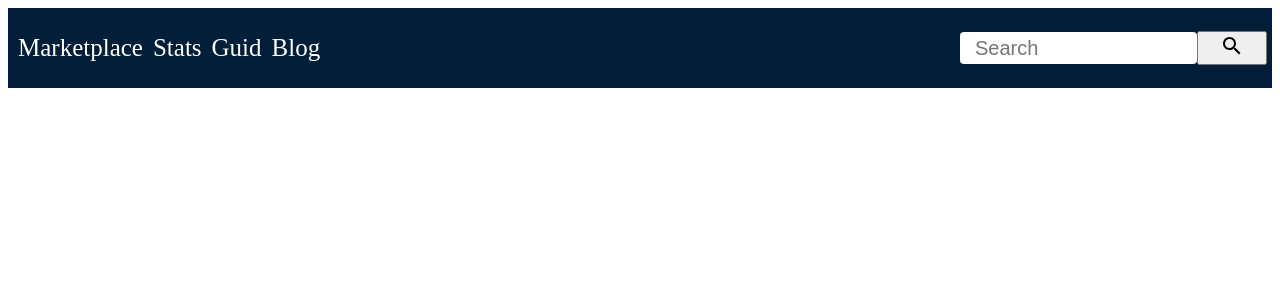
Repository: cvsschaitanya/test
Page: /
The author's editor kept a copy of each file at every save. The page is drawn from the files as they stood at one save, then again after a run of saves.
The browser window is 1280 px wide. The pictures show the whole page.
The project was rebuilt for these pictures with package versions that can differ from the ones it lists, and the page was loaded fresh each time.

Above is the page before, as saved 2021-10-20 23:10:23.

After the next 2 saves:
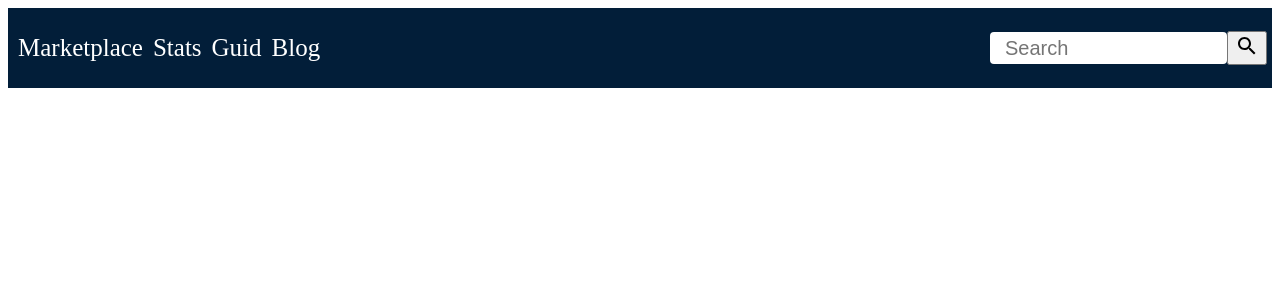
The 2 saves are shown as one change because they came seconds apart.
The last was saved 119 s later.
--- a/src/components/NavBar.css
+++ b/src/components/NavBar.css
@@ -57,8 +57,6 @@
 }
 
 .NavBar .Right button{
-    width:70px;
-    height: 30x;
     font-size: 16px;
 }
 
